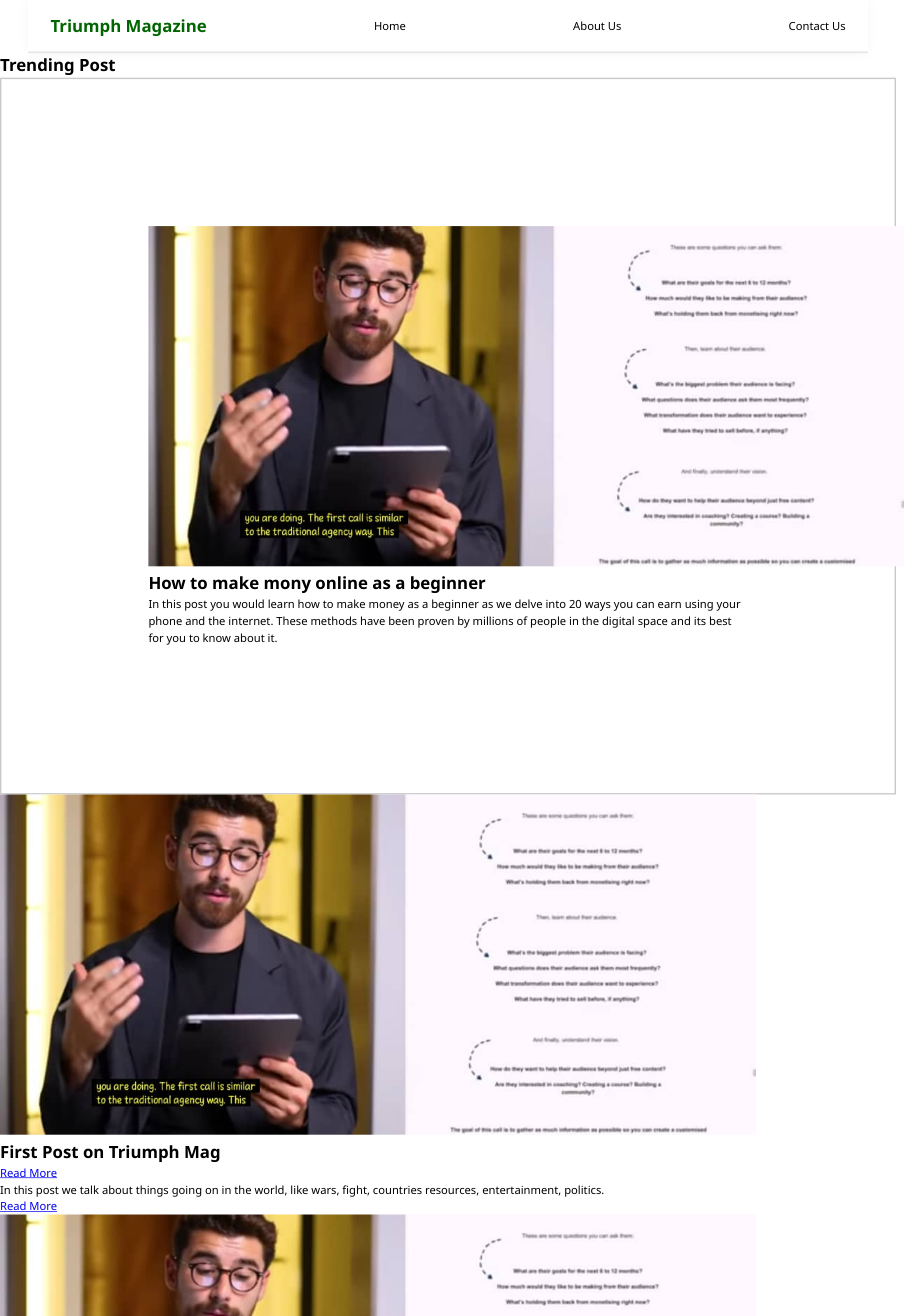
Repository: zikcolle/Triumph-Blog
Page: index.html
The author's editor kept a copy of each file at every save. The page is drawn from the files as they stood at one save, then again after the next save.
The browser window is 1280 px wide. The page is 1292 px wide, so the pictures cover 1292 px, including what lies to the right of the window. The pictures show the part of the page from y = 0 to 1880 px (the page is 5263 px tall), at 70% of full size.

Above is the page before, as saved 2026-06-20 15:27:47.

### index.html
<!DOCTYPE html>
<html lang="en">

<head>
    <meta charset="UTF-8">
    <meta name="viewport" content="width=device-width, initial-scale=1.0">
    <title>Triumph Magazine</title>
    <link rel="stylesheet" href="styles.css">
</head>

<body>
    <header>
        <h2>Triumph Magazine</h2>
            <a href="#">Home</a></li>
            <a href="/about-us">About Us</a>
            <a href="/contact-us">Contact Us</a>
    </header>

    <main>
        <section>
            <div>
                <h2 class="label-post">Trending Post</h2>
            </div>
            <div class="feat-post">
                <img src="simage\postiman.jpeg">
                <h1>How to make mony online as a beginner</h1>
                <p>In this post you would learn how to make money as a beginner as we delve into 20 ways you can earn
                    using your phone and the internet. These methods have been proven by millions of people in the
                    digital space and its best for you to know about it.</p>
            </div>
        </section>

        <section class="post-grid">
            <div class="blog-post">
                <img src="simage\postiman.jpeg">
                <h1>First Post on Triumph Mag</h1><a href="#" class="read-more">Read More</a>
                <p>In this post we talk about things going on in the world, like wars, fight, countries resources,
                    entertainment, politics.</p>
                <a href="#" class="read-more">Read More</a>
            </div>

            <div class="blog-post">
                <img src="simage\postiman.jpeg">
                <h1>Second Post on Triumph Mag</h1>
                <p>In this post we talk about things going on in the world, like wars, fight, countries resources,
                    entertainment, politics.</p>
                <a href="#" class="read-more">Read More</a>
            </div>

            <div class="blog-post">
                <img src="simage\postiman.jpeg">
                <h1>Third Post on Triumph Mag</h1>
                <p>In this post we talk about things going on in the world, like wars, fight, countries resources,
                    entertainment, politics.</p>
                <a href="#" class="read-more">Read More</a>
            </div>

            <div class="blog-post">
                <img src="simage\postiman.jpeg">
                <h1>Fourth Post on Triumph Mag</h1>
                <p>In this post we talk about things going on in the world, like wars, fight, countries resources,
                    entertainment, politics.</p>
                <a href="#" class="read-more">Read More</a>
            </div>

            <div class="blog-post">
                <img src="simage\postiman.jpeg">
                <h1>Fifth Post on Triumph Mag</h1>
                <p>In this post we talk about things going on in the world, like wars, fight, countries resources,
                    entertainment, politics.</p>
                <a href="#" class="read-more">Read More</a>
            </div>

            <div class="blog-post">
                <img src="simage\postiman.jpeg">
                <h1>Sixth Post on Triumph Mag</h1>
                <p>In this post we talk about things going on in the world, like wars, fight, countries resources,
                    entertainment, politics.</p>
                <a href="#" class="read-more">Read More</a>
            </div>

            <div><a href="/blog">View More Posts</a></div>
        </section>

        <section>
            <h2>Related Posts</h2>

            <div class="blog-post">
                <img src="simage\postiman.jpeg">
                <h1><a href="/blog">Sixth Post on Triumph Mag</a></h1>
            </div>
        </section>
    </main>

    <footer>
        <h2>Triumph Magazine</h2>
        <p>© 2026 Triumph Magazine. All rights reserved.</p>
    </footer>

</body>

</html>

### styles.css
* {
    margin: 0;
    padding: 0;
    box-sizing: border-box;
    scroll-behavior: smooth;
}

body {
    background-color: rgb(255, 255, 255);
    color: rgb(0, 0, 0);
    font-family:'Segoe UI', Tahoma, Geneva, Verdana, sans-serif;
    line-height: 1.5;
}

header {
    position: sticky;
    display: flex;
    justify-content: space-between;
    align-items: center;
    margin: 0 auto;
    max-width: 1200px;
    background-color: rgba(255,255,255,0.92);
    border-bottom: 1px solid rgba(0, 0, 0, 0.213);
    backdrop-filter: blur(20px) saturate(180%);
    -webkit-backdrop-filter: blur(20px) saturate(180%);
    box-shadow: 0 1px 0 rgba(0,0,0,0.04), 0 2px 16px rgba(0,0,0,0.04);
    padding: 1.2rem 2rem;
    top: 0;
    z-index: 100;
    color: rgb(0, 101, 0);
}

header a {
    text-decoration: none;
    color: rgb(0, 0, 0);
}

header a:hover {
    text-decoration: none;
    color: rgb(0, 101, 0);
    text-decoration: underline;
}

.feat-post {
    display: block;
    background-color: rgb(255, 255, 255);
    border: 2px solid rgba(0, 0, 0, 0.213);
    padding: 210px;
}

After the next save:
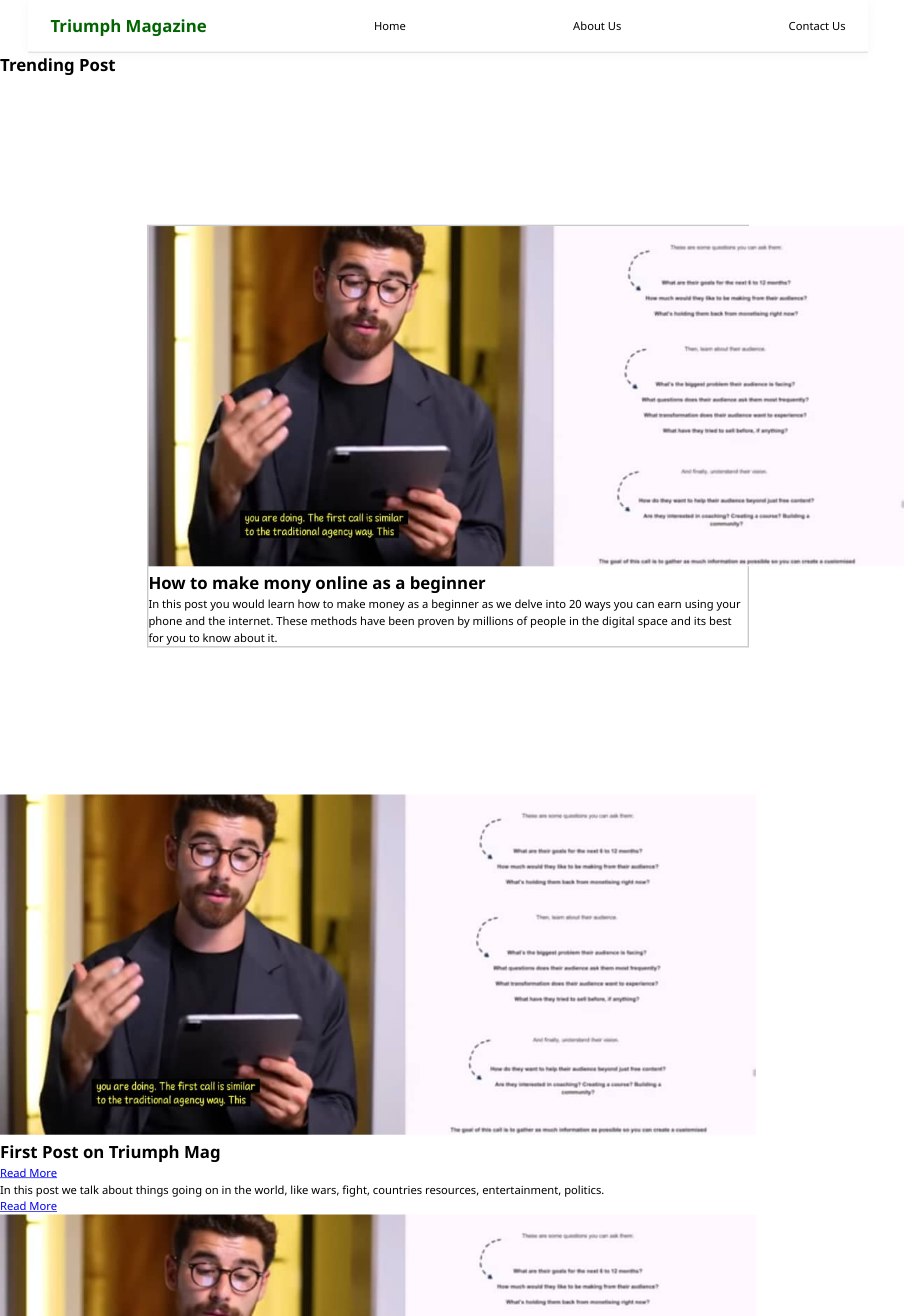
Saved 12 s later.
--- a/styles.css
+++ b/styles.css
@@ -45,5 +45,5 @@ header a:hover {
     display: block;
     background-color: rgb(255, 255, 255);
     border: 2px solid rgba(0, 0, 0, 0.213);
-    padding: 210px;
+    margin: 210px;
 }
